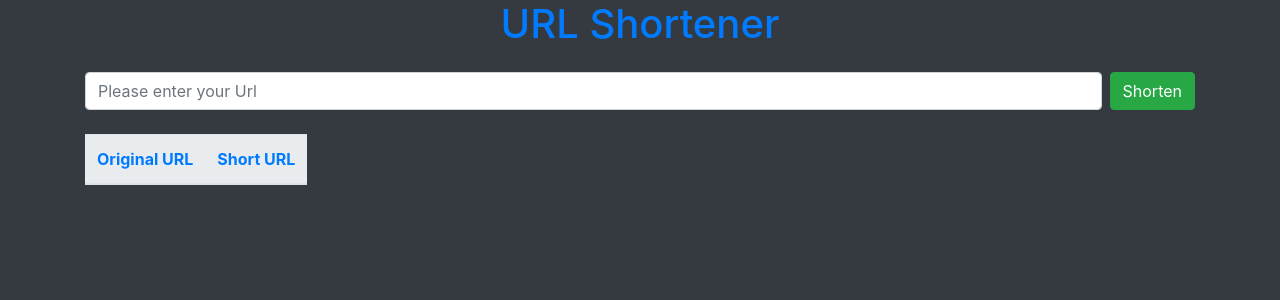
Repository: Art101-ui/Url-shorterner
Page: http://localhost/
The author's editor kept a copy of each file at every save. The page is drawn from the files as they stood at one save, then again after the next save.
The browser window is 1280 px wide. The pictures show the whole page.
The page is served by the project's Node server (server.js). Queries for data that is not in the repository find no rows.

Above is the page before, as saved 2022-02-24 15:04:06.

After the next save:
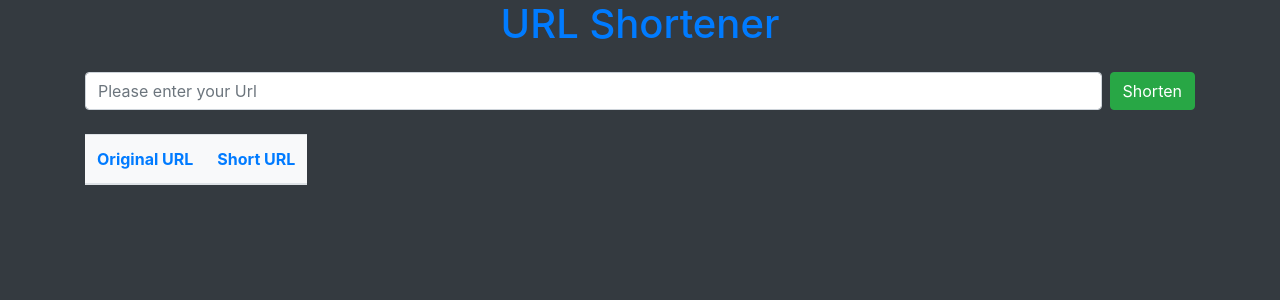
Saved 40 s later.
--- a/views/index.ejs
+++ b/views/index.ejs
@@ -29,7 +29,7 @@
       </form>
 
       <table class="table table-striped table-responsive">
-        <thead class="thead-light">
+        <thead class="bg-light">
           <tr>
             <th class="text-primary">Original URL</th>
             <th class="text-primary">Short URL</th>
